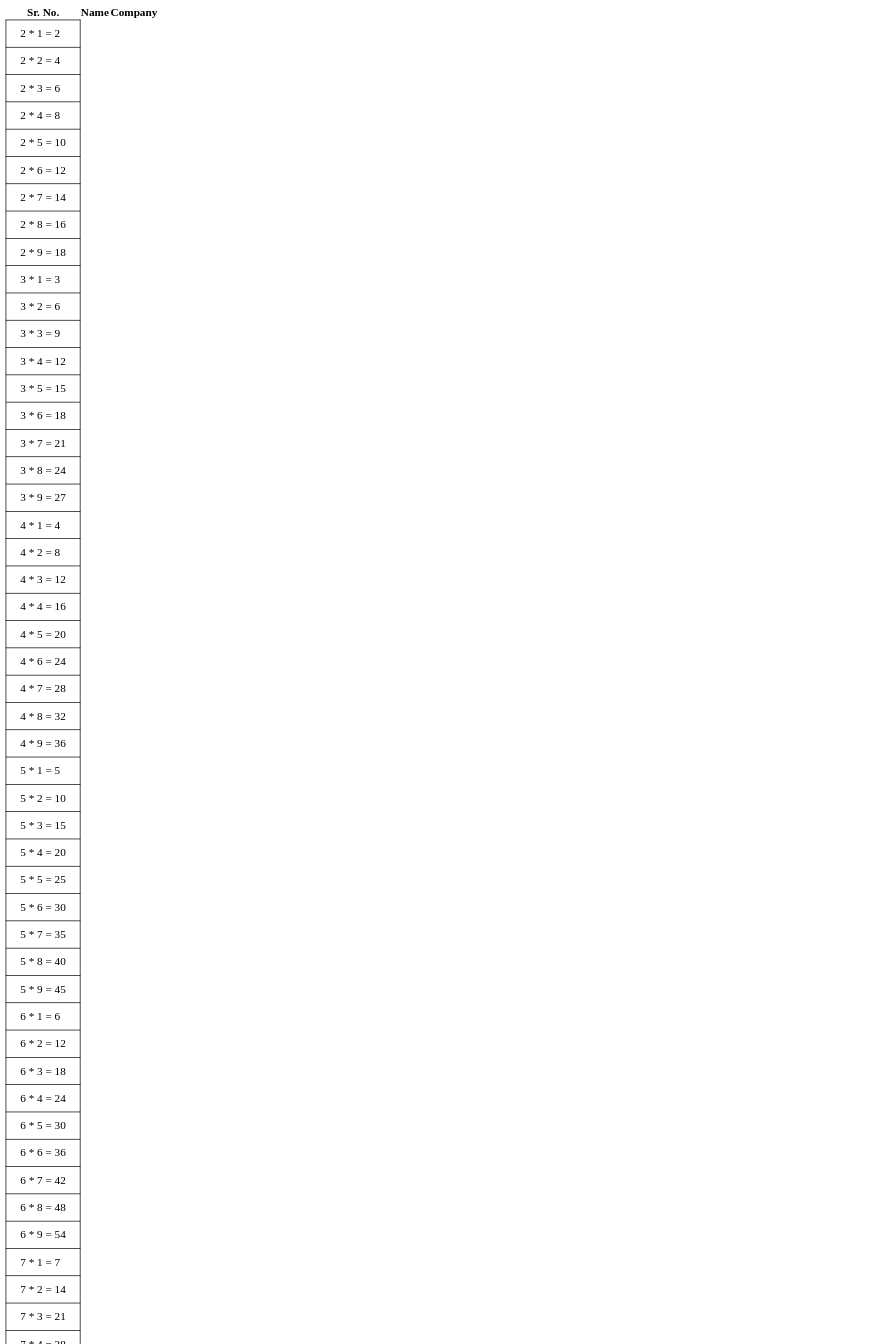
Repository: lhggiang/bangcuuchuong
Page: index.html
The author's editor kept a copy of each file at every save. The page is drawn from the files as they stood at one save, then again after the next save.
The browser window is 1280 px wide. The pictures show the part of the page from y = 0 to 1920 px (the page is 2845 px tall before and 720 px after), at 70% of full size.

Above is the page before, as saved 2023-05-19 07:29:04.

### index.html
<!DOCTYPE html>
<html lang="en">

<head>
    <meta charset="UTF-8">
    <meta http-equiv="X-UA-Compatible" content="IE=edge">
    <meta name="viewport" content="width=device-width, initial-scale=1.0">
    <title>Document</title>
    <style>
        table {
            border-collapse: collapse;
            border-spacing: 0;
        }

        td {
            padding: 10px 20px;
            border: 1px solid #000;
        }
    </style>
</head>

<body id="body">
    <script src="./javascript.js"></script>
</body>

</html>

### javascript.js
let table = document.createElement("table");
let thead = document.createElement("thead");
let tbody = document.createElement("tbody");

// Adding the entire table to the body tag
document.getElementById("body").appendChild(table);
let row_1 = document.createElement("tr");
let heading_1 = document.createElement("th");
heading_1.innerHTML = "Sr. No.";
let heading_2 = document.createElement("th");
heading_2.innerHTML = "Name";
let heading_3 = document.createElement("th");
heading_3.innerHTML = "Company";

row_1.appendChild(heading_1);
row_1.appendChild(heading_2);
row_1.appendChild(heading_3);
thead.appendChild(row_1);

table.appendChild(thead);
table.appendChild(tbody);
for (let i = 2; i <= 9; i++) {
  for (let j = 1; j <= 9; j++) {
    let row_2 = document.createElement("tr");
    let row_2_data_1 = document.createElement("td");
    row_2_data_1.innerHTML = `${i} * ${j} = ${i * j}`;
    row_2.appendChild(row_2_data_1);
    tbody.appendChild(row_2);

    table.appendChild(thead);
    table.appendChild(tbody);
  }
}

After the next save:
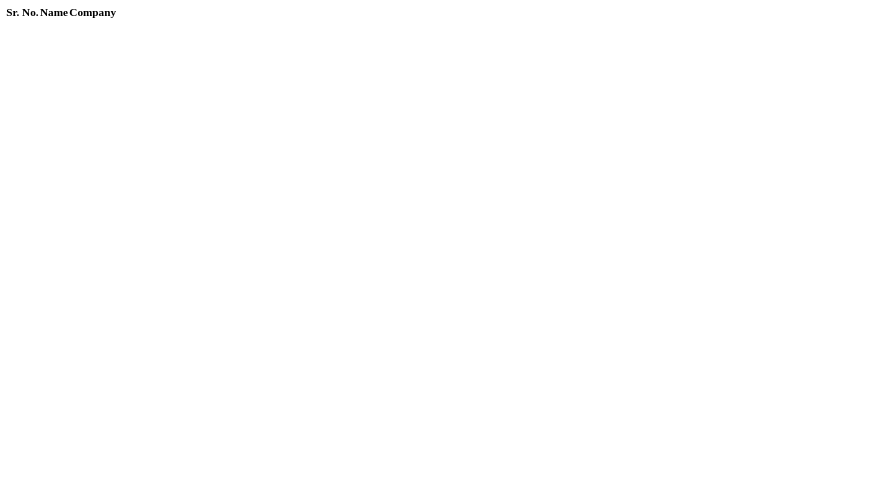
Console error: ReferenceError: j is not defined
Saved 69 s later.
--- a/javascript.js
+++ b/javascript.js
@@ -19,15 +19,12 @@
 
 table.appendChild(thead);
 table.appendChild(tbody);
-for (let i = 2; i <= 9; i++) {
-  for (let j = 1; j <= 9; j++) {
-    let row_2 = document.createElement("tr");
-    let row_2_data_1 = document.createElement("td");
-    row_2_data_1.innerHTML = `${i} * ${j} = ${i * j}`;
-    row_2.appendChild(row_2_data_1);
-    tbody.appendChild(row_2);
-
-    table.appendChild(thead);
-    table.appendChild(tbody);
-  }
+for (let i = 1; i <= 9; i++) {
+  let row_2 = document.createElement("tr");
+  let row_2_data_1 = document.createElement("td");
+  row_2_data_1.innerHTML = `2 * ${j} = ${i * j}`;
+  row_2.appendChild(row_2_data_1);
+  tbody.appendChild(row_2);
+  table.appendChild(thead);
+  table.appendChild(tbody);
 }

After the save that followed:
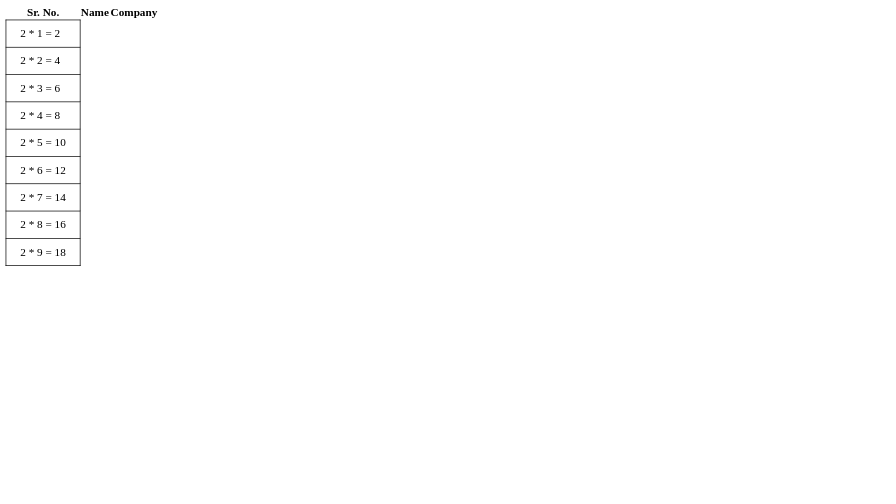
The error is gone.
Saved 25 s later.
--- a/javascript.js
+++ b/javascript.js
@@ -22,7 +22,7 @@
 for (let i = 1; i <= 9; i++) {
   let row_2 = document.createElement("tr");
   let row_2_data_1 = document.createElement("td");
-  row_2_data_1.innerHTML = `2 * ${j} = ${i * j}`;
+  row_2_data_1.innerHTML = `2 * ${i} = ${i * 2}`;
   row_2.appendChild(row_2_data_1);
   tbody.appendChild(row_2);
   table.appendChild(thead);
